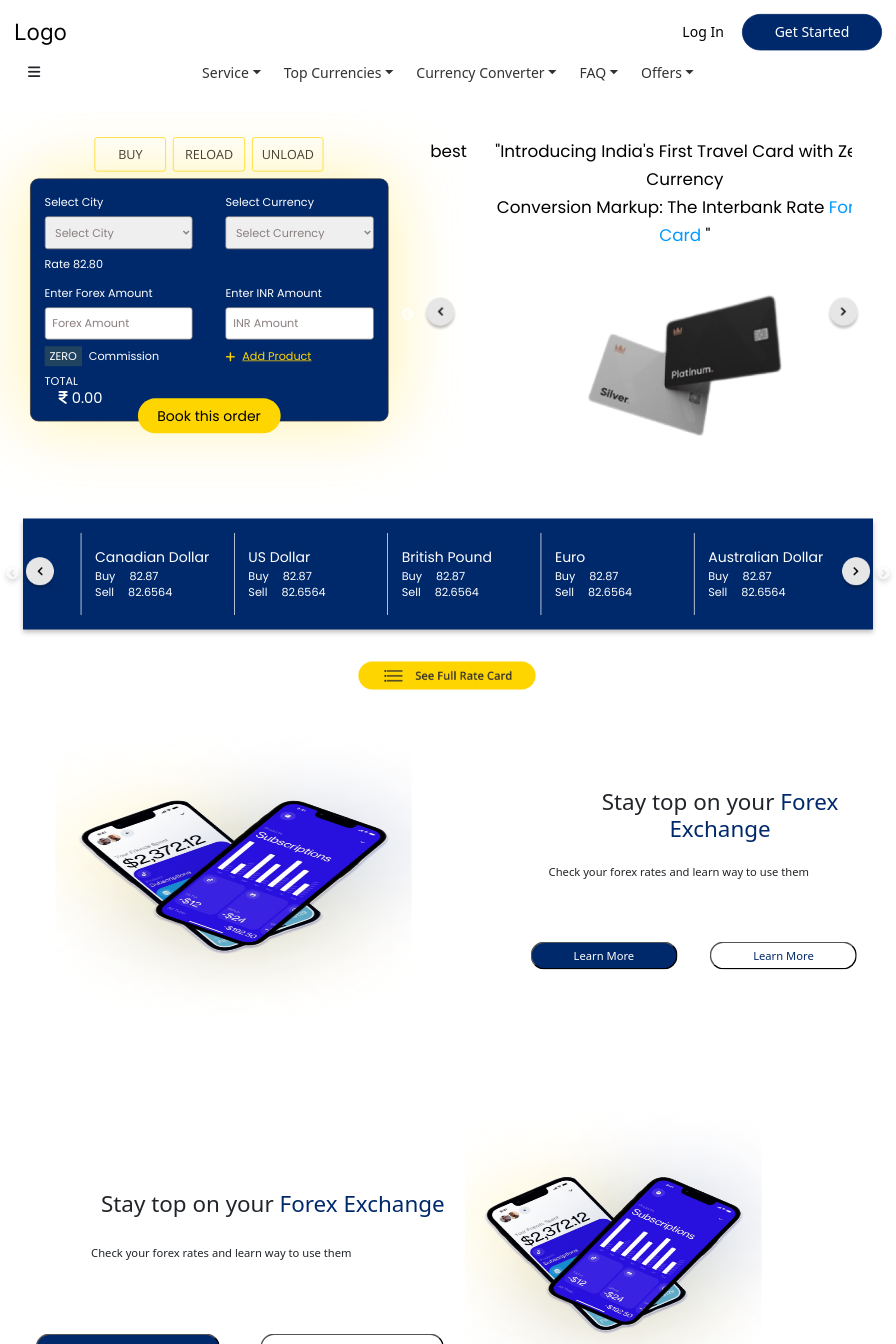
Repository: FlyweisReact/Akshadeep-latest
Page: /
The author's editor kept a copy of each file at every save. The page is drawn from the files as they stood at one save, then again after the next save.
The browser window is 1280 px wide. The pictures show the part of the page from y = 0 to 1920 px (the page is 4487 px tall before and 4408 px after), at 70% of full size.
Some web libraries are served in a nearby version. The project was rebuilt for these pictures with package versions that can differ from the ones it lists, and the page was loaded fresh each time. Also part of the build but not shown: src/components/exchange.jsx, src/components/order_p1.jsx, src/components/order_p2.jsx, src/components/faas.jsx, src/components/offer.jsx, src/components/main2.jsx, src/components/home.jsx, src/components/slider.jsx and 6 more.

Above is the page before, as saved 2023-05-23 15:32:20.

After the next save:
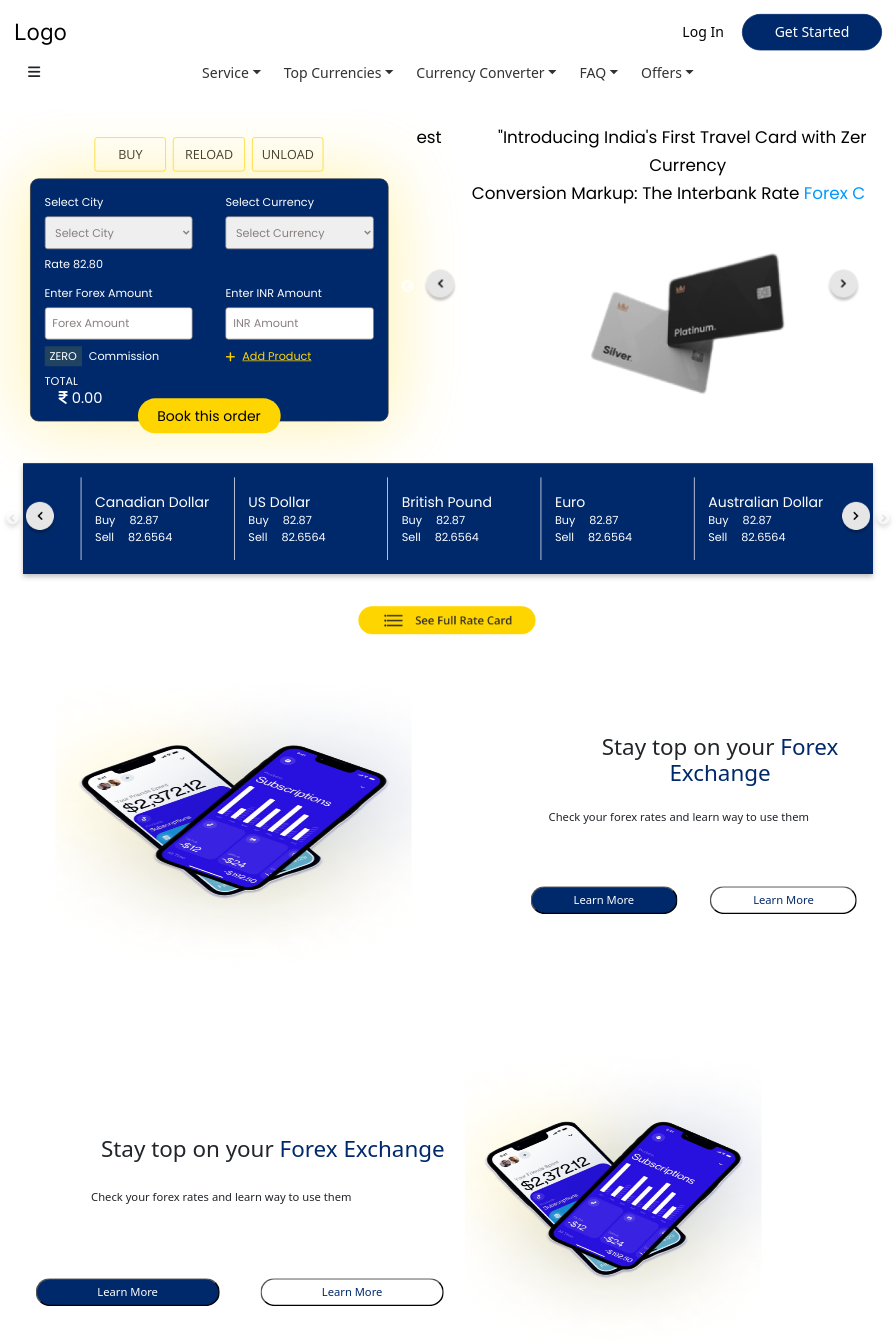
Saved 26 s later.
--- a/src/Style/Component.css
+++ b/src/Style/Component.css
@@ -153,10 +153,10 @@
   cursor: pointer;
 }
 
-.Slick-Slider {
+/* .Slick-Slider {
   height: 100%;
   padding: 20px;
-}
+} */
 .Slick-Slider .slider-container-div {
   width: 100%;
 }

After the save that followed:
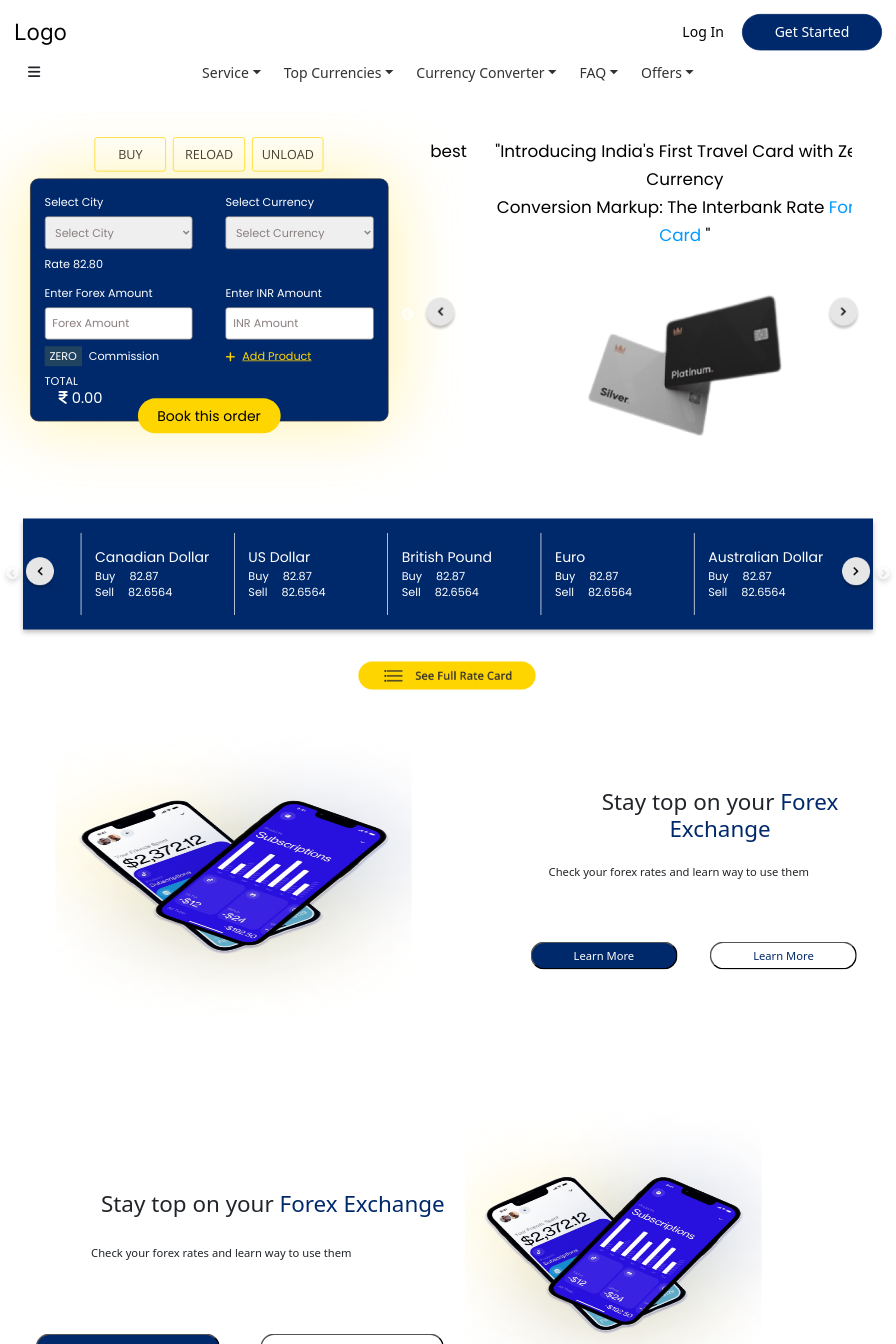
Saved 5 s later.
--- a/src/Style/Component.css
+++ b/src/Style/Component.css
@@ -153,10 +153,10 @@
   cursor: pointer;
 }
 
-/* .Slick-Slider {
+.Slick-Slider {
   height: 100%;
   padding: 20px;
-} */
+}
 .Slick-Slider .slider-container-div {
   width: 100%;
 }
